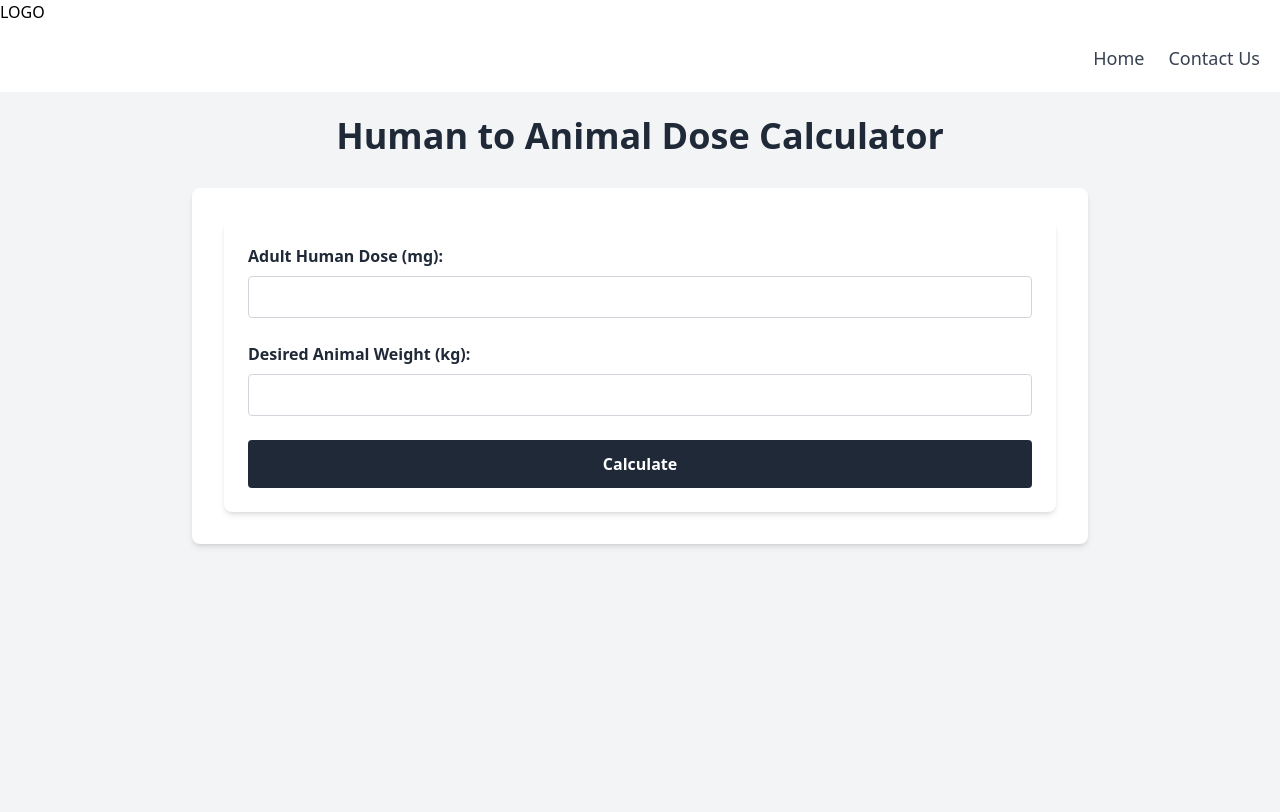
Repository: vigneshcj001/Human-to-Animal-Dose-Calculator
Page: /
These files come from the project's save history. The page is drawn as it stood at one moment and after the next save; the edit follows.
The browser window is 1280 px wide. The pictures show the whole page.
The project was rebuilt for these pictures with package versions that can differ from the ones it lists, and the page was loaded fresh each time. Also part of the build but not shown: src/Components/ResultsTable.jsx, src/Utils/const.js, src/Hooks/useContactForm.js, src/Components/ContactUs.js, src/Components/Error.js, src/Components/ErrorWrapper.js.

Above is the page before, as saved 2025-01-29 15:43:52.

After the next save:
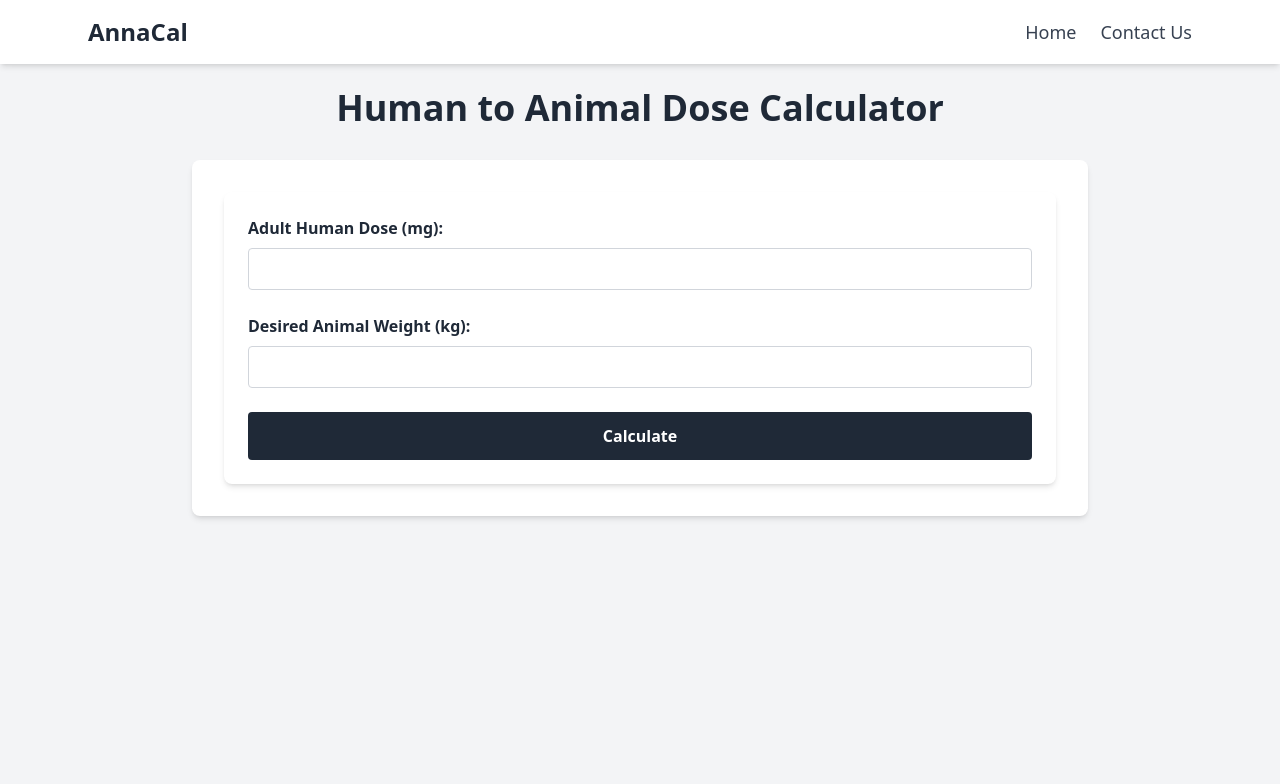
Saved 2 min 8 s later.
--- a/src/Components/Header.js
+++ b/src/Components/Header.js
@@ -1,27 +1,35 @@
 import { Link } from "react-router-dom";
+
 const Header = () => {
   const navItems = [
     { to: "/", label: "Home" },
     { to: "/contactus", label: "Contact Us" },
   ];
+
   return (
-    <header>
-      <h3>LOGO</h3>
-      <nav aria-label="Main Navigation" className="flex-grow p-5">
-        <ul className="flex flex-col sm:flex-row items-center justify-end gap-6">
-          {navItems.map((item) => (
-            <li key={item.to} className="flex-shrink-0">
-              <Link
-                to={item.to}
-                className="text-gray-700 font-medium text-lg transition-colors duration-300 hover:text-blue-500"
-              >
-                {item.label}
-              </Link>
-            </li>
-          ))}
-        </ul>
-      </nav>
+    <header className="sticky top-0 z-50 bg-white shadow-md">
+      <div className="max-w-6xl mx-auto px-6 py-4 flex justify-between items-center">
+        {/* Logo */}
+        <h3 className="text-2xl font-bold text-gray-800">AnnaCal</h3>
+
+        {/* Navigation */}
+        <nav>
+          <ul className="flex space-x-6">
+            {navItems.map((item) => (
+              <li key={item.to}>
+                <Link
+                  to={item.to}
+                  className="text-gray-700 font-medium text-lg transition-colors duration-300 hover:text-blue-600 focus:text-blue-600"
+                >
+                  {item.label}
+                </Link>
+              </li>
+            ))}
+          </ul>
+        </nav>
+      </div>
     </header>
   );
 };
+
 export default Header;
